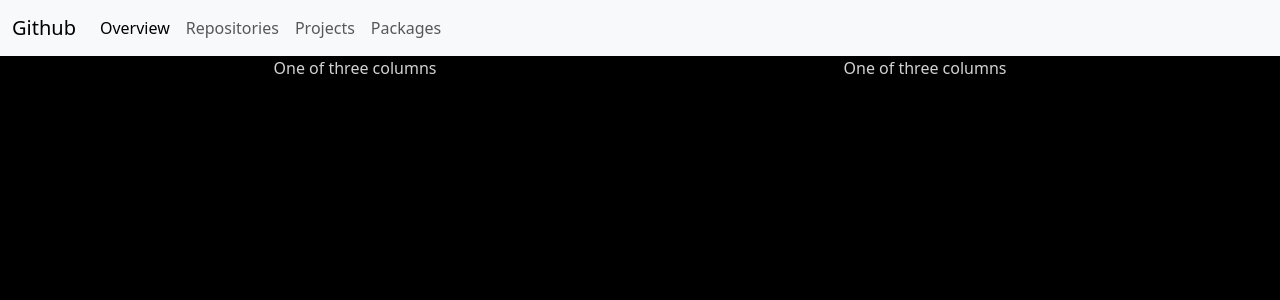
Repository: nss-evening-cohort-E23/gitsub-pull-request-posse
Page: packages.html
An editor plug-in stored every save of this project. The page is shown before and after the next save, followed by the edit.
The browser window is 1280 px wide. The pictures show the whole page.

Above is the page before, as saved 2023-05-07 18:43:25.
Not found: packages.js

### packages.html
<!DOCTYPE html>
<html lang="en">
<head>
  <meta charset="UTF-8">
  <meta http-equiv="X-UA-Compatible" content="IE=edge">
  <meta name="viewport" content="width=device-width, initial-scale=1.0">
  <link href="https://cdn.jsdelivr.net/npm/bootstrap@5.3.0-alpha3/dist/css/bootstrap.min.css" rel="stylesheet" integrity="sha384-KK94CHFLLe+nY2dmCWGMq91rCGa5gtU4mk92HdvYe+M/SXH301p5ILy+dN9+nJOZ" crossorigin="anonymous">
  <link rel="stylesheet" href="packages.css">
  <title>Packages</title>
</head>
<body>
  <div id="navigate">
    <nav class="navbar navbar-expand-lg bg-body-tertiary">
      <div class="container-fluid">
        <a class="navbar-brand" href="#">Github</a>
        <button class="navbar-toggler" type="button" data-bs-toggle="collapse" data-bs-target="#navbarNavAltMarkup" aria-controls="navbarNavAltMarkup" aria-expanded="false" aria-label="Toggle navigation">
          <span class="navbar-toggler-icon"></span>
        </button>
        <div class="collapse navbar-collapse" id="navbarNavAltMarkup">
          <div class="navbar-nav">
            <a class="nav-link active" aria-current="page" href="#">Overview</a>
            <a class="nav-link" href="#">Repositories</a>
            <a class="nav-link" href="#">Projects</a>
            <a class="nav-link" href="#">Packages</a>
          </div>
        </div>
      </div>
    </nav>
  </div>
 <div class="container text-center">
  <div class="row align-items-start">

    <div class="col" id="bio">
      One of three columns
    </div>
    <div class="col" id="pkgs">
      One of three columns
    </div>
  </div>
</div>
  <script src="packages.js"></script>
</body>
</html>

### packages.css
body {
  background-color: black;
  color: lightgray;
}

After the next save:
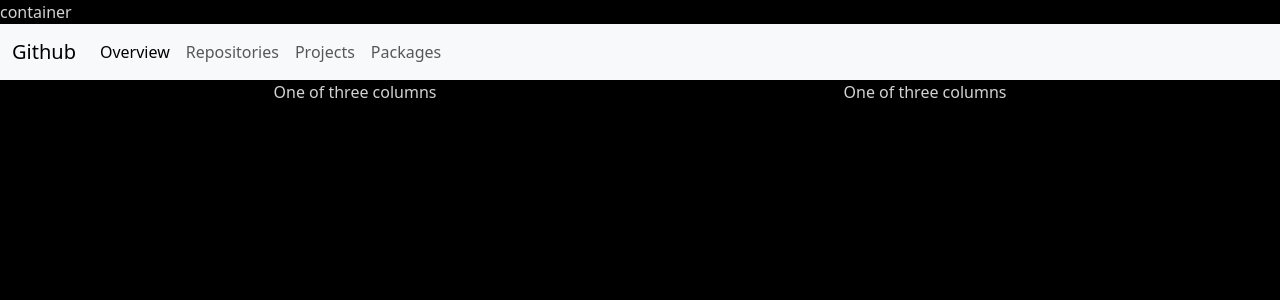
Saved 2 min 47 s later.
--- a/packages.html
+++ b/packages.html
@@ -9,6 +9,7 @@
   <title>Packages</title>
 </head>
 <body>
+  container
   <div id="navigate">
     <nav class="navbar navbar-expand-lg bg-body-tertiary">
       <div class="container-fluid">

After the save that followed:
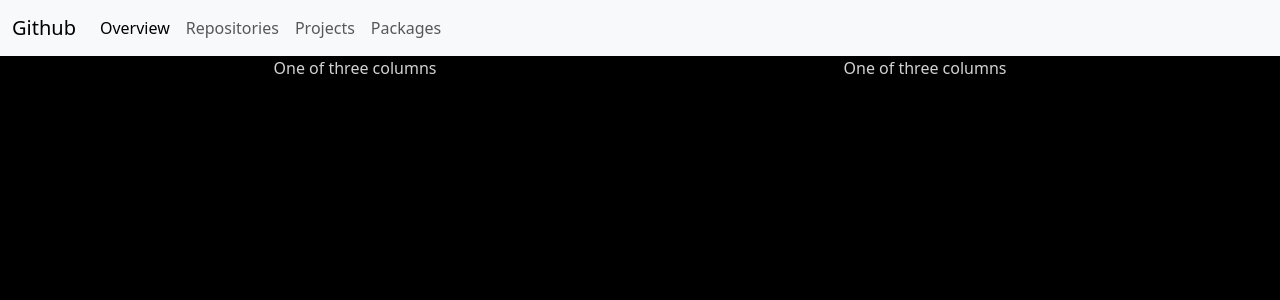
Saved 9 s later.
--- a/packages.html
+++ b/packages.html
@@ -9,7 +9,7 @@
   <title>Packages</title>
 </head>
 <body>
-  container
+  <div></div>
   <div id="navigate">
     <nav class="navbar navbar-expand-lg bg-body-tertiary">
       <div class="container-fluid">
